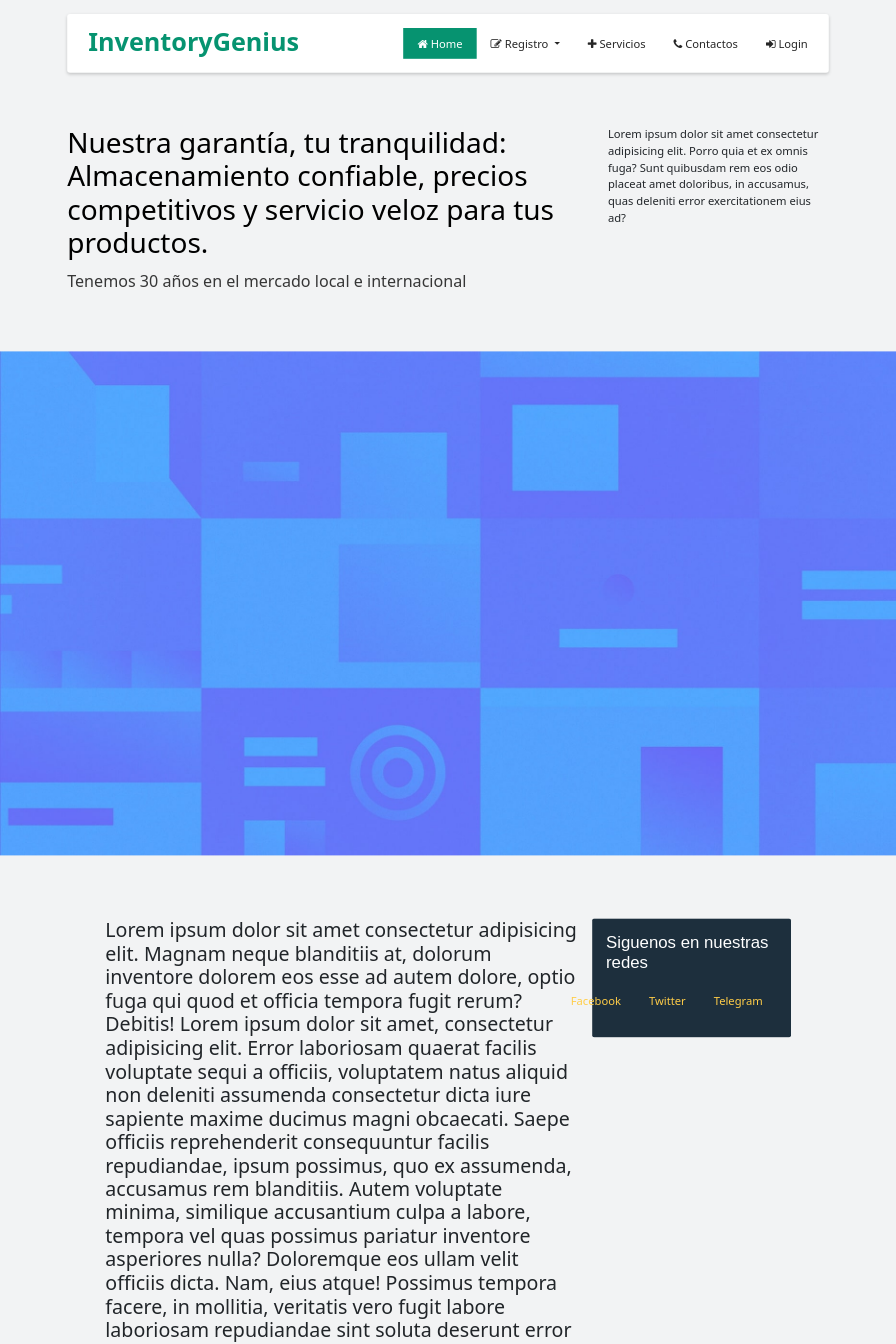
Repository: Sirius018/InventoryGenius
Page: http://localhost/Home
These files come from the project's save history. The page is drawn as it stood at one moment and after the next save; the edit follows.
The browser window is 1280 px wide. The pictures show the part of the page from y = 0 to 1920 px (the page is 4127 px tall), at 70% of full size.
The page is this project's Thymeleaf template; nobody is signed in. The template is opened directly, without the code that normally fills it, so the values that code supplies are empty.

Above is the page before, as saved 2023-06-06 19:22:28.

After the next save:
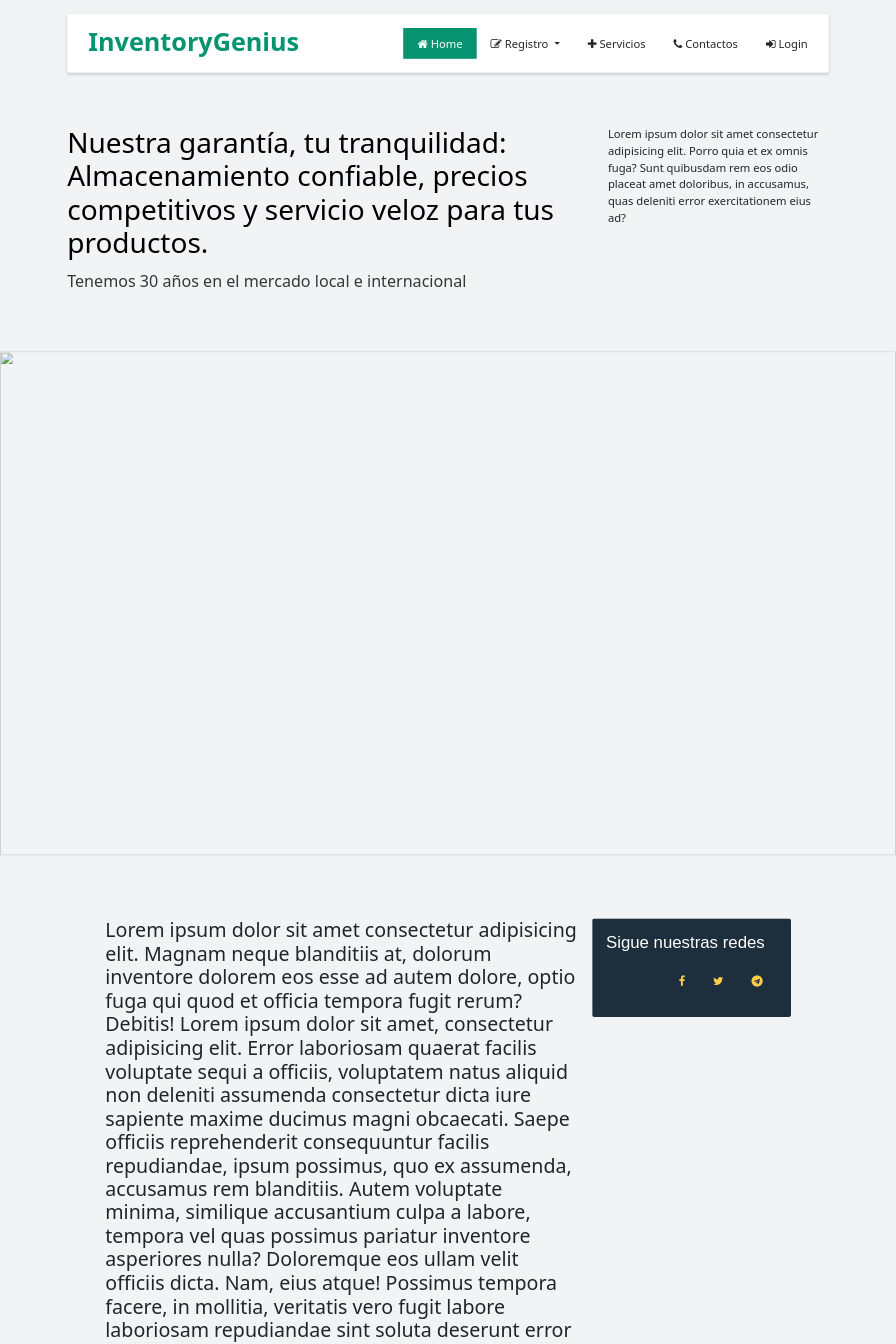
Not found: ADW/InventoryGenius/image/back-img.jpeg
Saved 4 h 10 min later.
--- a/ADW/InventoryGenius/src/main/resources/templates/Home.html
+++ b/ADW/InventoryGenius/src/main/resources/templates/Home.html
@@ -279,7 +279,7 @@ footer{
         </div>
         <div class="contenedor-imagen">
             <a href="#blog">
-                <img src="../static/master_image/image_home/back-img.jpeg" alt="">
+                <img src="../image/back-img.jpeg" alt="">
             </a>
         </div>
     </div>
@@ -302,12 +302,12 @@ footer{
                             Doloremque eos ullam velit officiis dicta. Nam, eius atque! Possimus tempora facere, in mollitia, veritatis vero fugit labore laboriosam repudiandae sint soluta deserunt error distinctio unde illo ab. Accusantium, numquam.</h3>
             </div>
             <div class="content-aside">
-                <h4 class="aside-redes">Siguenos en nuestras redes</h4>
+                <h4 class="aside-redes">Sigue nuestras redes</h4>
 				<nav class="indice">
 					<ul>
-                        <li><a href="">Facebook</a></li>
-                        <li><a href="">Twitter</a></li>
-                        <li><a href="">Telegram</a></li>
+                        <li><a href="https://es-la.facebook.com/" target="_blank"><i class="fa fa-facebook facebook" aria-hidden="true"></i></a></li>
+                        <li><a href="https://twitter.com/?lang=es" target="_blank"><i class="fa fa-twitter twitter" aria-hidden="true"></i></a></li>
+                        <li><a href="https://web.telegram.org/a/" target="_blank"><i class="fa fa-telegram telegram" aria-hidden="true"></i></a></li>
                     </ul>
 				</nav>
             </div>
